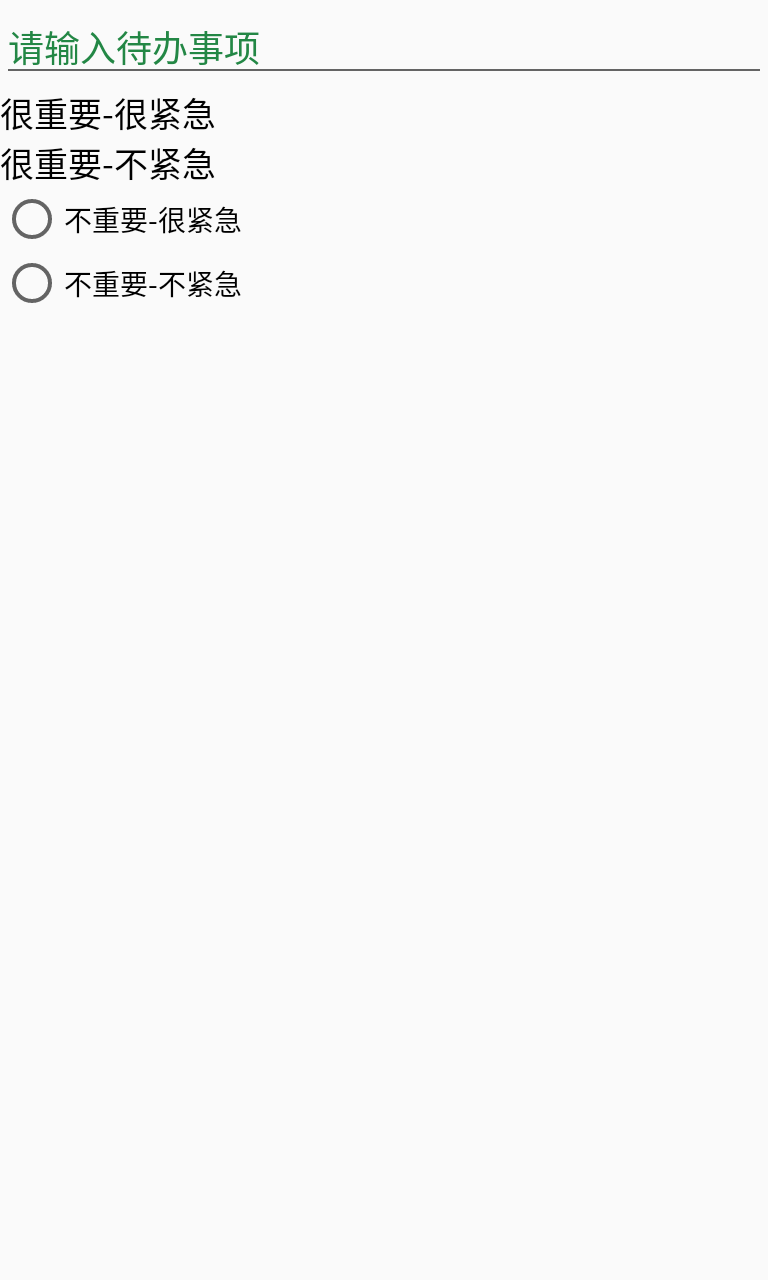
Repository: sh-zh-en/NBTodo
Layout: nbtodo/NBTodo/res/layout/addition_task_layout.xml
An editor plug-in stored every save of this project. The layout is shown before and after a run of saves, followed by the edit.
It is drawn on a 768 x 1280 px phone screen (xhdpi) without system bars, with theme AppTheme; the app's code is not run.

Above is the layout before, as saved 2015-02-05 22:45:36.

### nbtodo/NBTodo/res/layout/addition_task_layout.xml
<?xml version="1.0" encoding="utf-8"?>
<LinearLayout xmlns:android="http://schemas.android.com/apk/res/android"
    android:layout_width="match_parent"
    android:layout_height="match_parent"
    android:orientation="vertical" >
    android:orientation="horizontal" >

    <EditText
	    android:id="@+id/edit_text1"
	    android:layout_width="fill_parent"
	    android:layout_height="wrap_content"
	    android:maxLength="40"
	    android:hint="@string/addition_task_layout_edittext01"
	    android:textColorHint="#238745"/>

    <RadioGroup
        android:id="@+id/radiogroup1"
        android:layout_width="wrap_content"
        android:layout_height="wrap_content"
        android:orientation="vertical"
        android:layout_x="3px"   >
        <RadioButton
            android:id="@+id/radiobutton1"
            android:layout_width="wrap_content"
            android:layout_height="wrap_content"
            android:text="@string/addition_task_layout_radiobutton01"
            android:textSize="17.0sp"
            android:textColor="@android:color/black"
            android:gravity="center"
            android:layout_weight="1"
            android:checked="true"
            android:button="@null"

        />
        <RadioButton
            android:id="@+id/radiobutton2"
            android:layout_width="wrap_content"
            android:layout_height="wrap_content"
            android:text="@string/addition_task_layout_radiobutton02"
            android:textSize="17.0sp"
            android:textColor="@android:color/black"
            android:gravity="center"
            android:layout_weight="1"
            android:checked="true"
            android:button="@null"
        />
        <RadioButton
            android:id="@+id/radiobutton3"
            android:layout_width="wrap_content"
            android:layout_height="wrap_content"
            android:text="@string/addition_task_layout_radiobutton03"
        />
        <RadioButton
            android:id="@+id/radiobutton4"
            android:layout_width="wrap_content"
            android:layout_height="wrap_content"
            android:text="@string/addition_task_layout_radiobutton04"
        />
    </RadioGroup>



</LinearLayout>

### nbtodo/NBTodo/res/values/strings.xml
<?xml version="1.0" encoding="utf-8"?>
<resources>

    <string name="app_name">NBTodo</string>
    <string name="hello_world">Hello world!</string>
    <string name="action_settings">Settings</string>


    <string name="activity_nbtodo_main_button01">添加任务</string>


    <string name="addition_task_layout_edittext01">请输入待办事项</string>
    <string name="addition_task_layout_radiobutton01">很重要-很紧急</string>
    <string name="addition_task_layout_radiobutton02">很重要-不紧急</string>
    <string name="addition_task_layout_radiobutton03">不重要-很紧急</string>
    <string name="addition_task_layout_radiobutton04">不重要-不紧急</string>




</resources>

Loaded but not shown: nbtodo/NBTodo/res/values/styles.xml (common file); nbtodo/NBTodo/res/values-v11/styles.xml (common file); nbtodo/NBTodo/res/values-v14/styles.xml (common file)

After the next 2 saves:
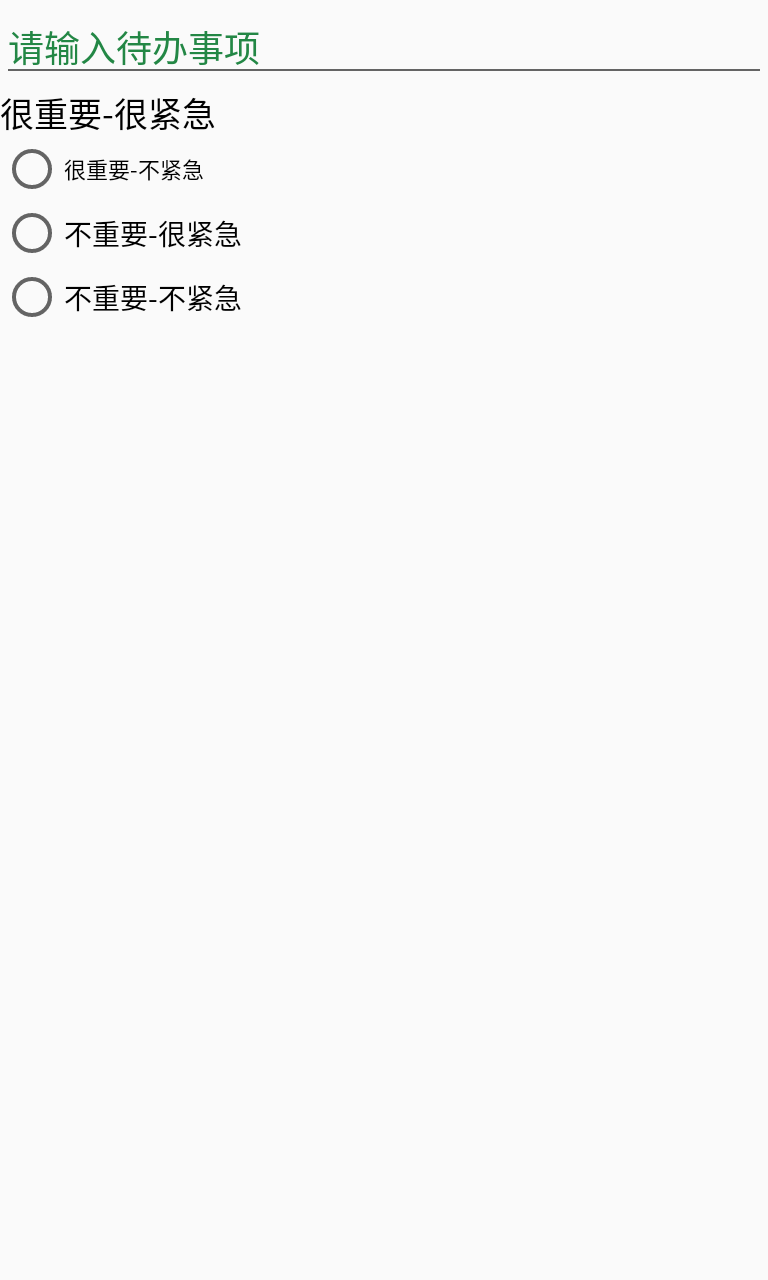
The 2 saves are shown as one change because 1 did not build or start.
The last was saved 3 min 49 s later.
--- a/nbtodo/NBTodo/res/layout/addition_task_layout.xml
+++ b/nbtodo/NBTodo/res/layout/addition_task_layout.xml
@@ -37,12 +37,11 @@
             android:layout_width="wrap_content"
             android:layout_height="wrap_content"
             android:text="@string/addition_task_layout_radiobutton02"
-            android:textSize="17.0sp"
+            android:textSize="11.0sp"
             android:textColor="@android:color/black"
             android:gravity="center"
             android:layout_weight="1"
-            android:checked="true"
-            android:button="@null"
+            android:checked="false"
         />
         <RadioButton
             android:id="@+id/radiobutton3"
